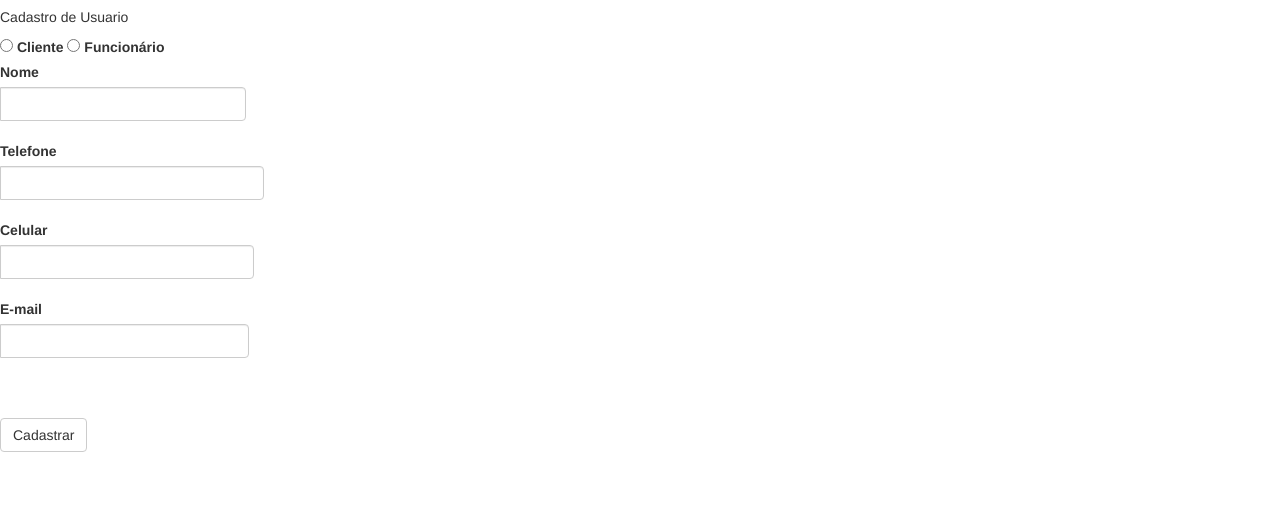
Repository: cadupedrassani/CursoDeJava
Page: Avaliação/BaseAPI/WebApp/src/main/webapp/usuario/cadastro.html
An editor plug-in stored every save of this project. The page is shown before and after the next save, followed by the edit.
The browser window is 1280 px wide. The pictures show the whole page.
The page's requests for data from a server got no answer.

Above is the page before, as saved 2016-12-07 18:37:24.

After the next save:
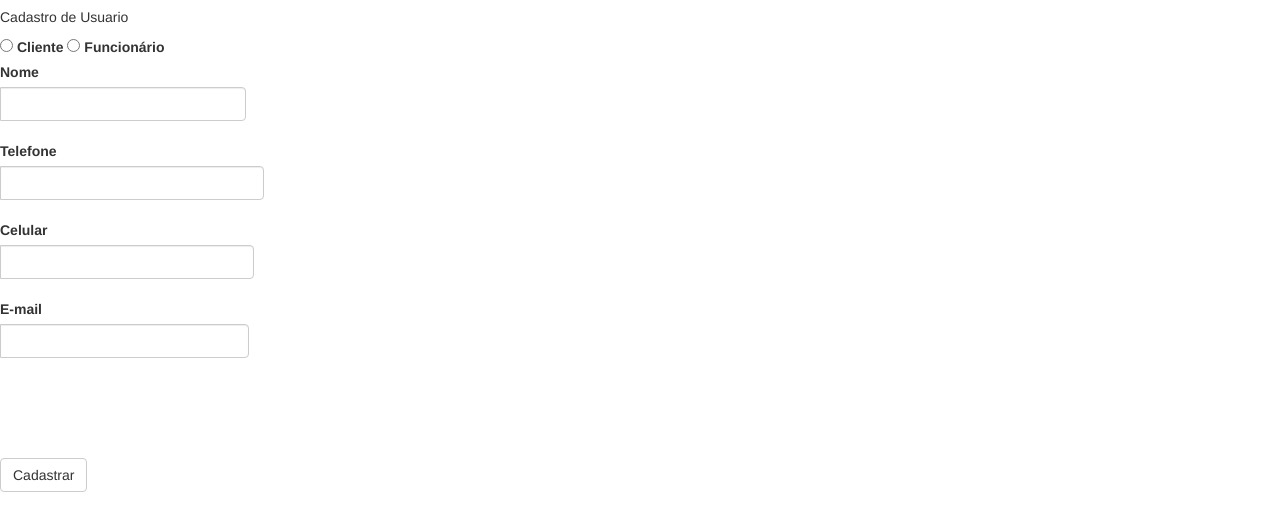
Saved 7 min 45 s later.
--- a/Avaliação/BaseAPI/WebApp/src/main/webapp/usuario/cadastro.html
+++ b/Avaliação/BaseAPI/WebApp/src/main/webapp/usuario/cadastro.html
@@ -70,6 +70,22 @@
 </div>
 </br>
 
+<div id="salario-usuario-div" class="input-group" style="display:none">
+	<label>Login</label>
+	<input id="salario-usuario"
+	       type="text"
+	       class="form-control"></input>
+</div>
+</br>
+
+<div id="salario-usuario-div" class="input-group" style="display:none">
+	<label>Senha</label>
+	<input id="salario-usuario"
+	       type="text"
+	       class="form-control"></input>
+</div>
+</br>
+
 <div class="input-group">
 	<button id="cadastrar"
 	        type="button"
